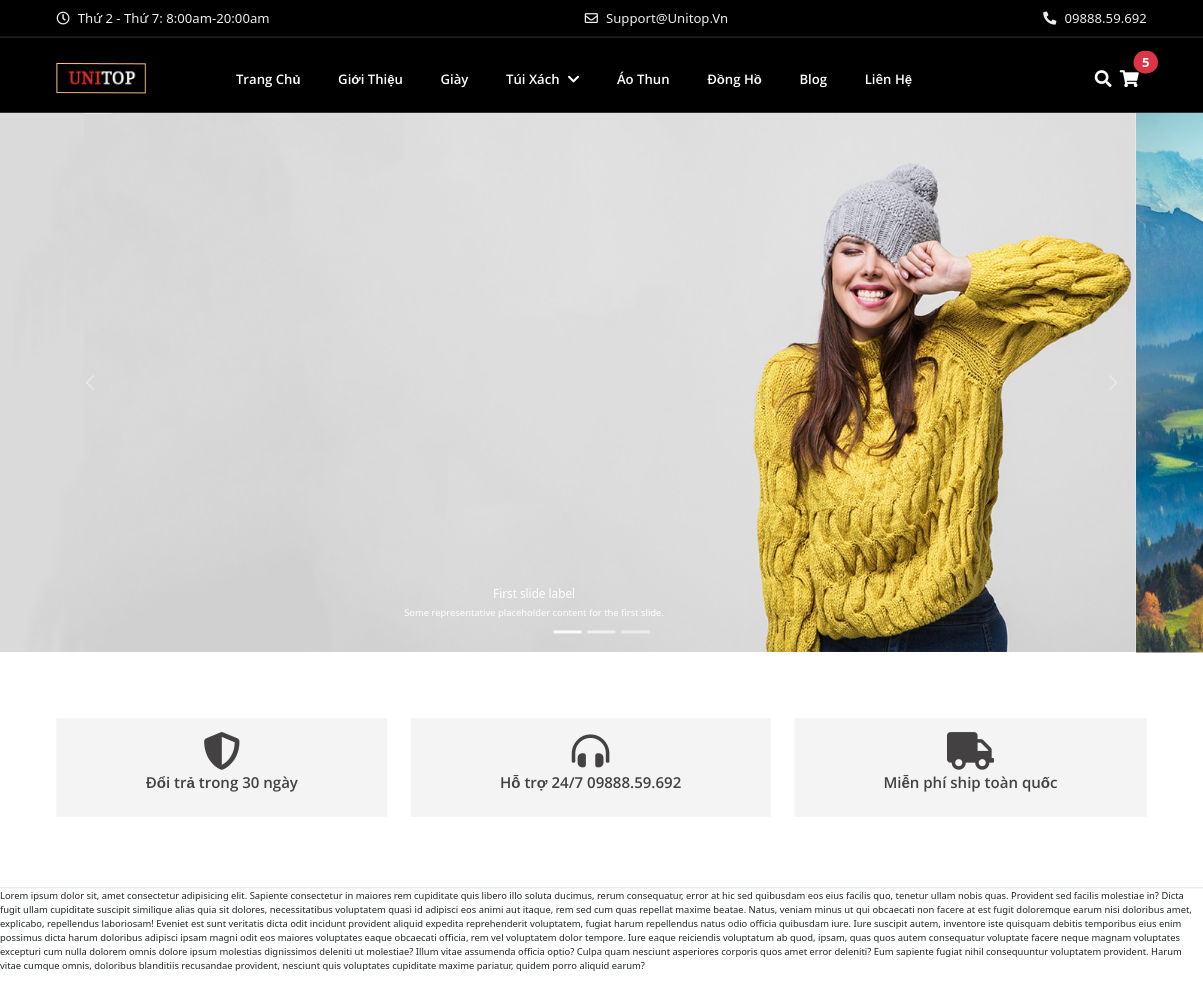
Repository: vinhtk0209/clothes-shop
Page: index.html
An editor plug-in stored every save of this project. The page is shown before and after a run of saves, followed by the edit.
The browser window is 1280 px wide. The pictures show the whole page, at 94% of full size.

Above is the page before, as saved 2021-10-04 17:58:15.

After the next 2 saves:
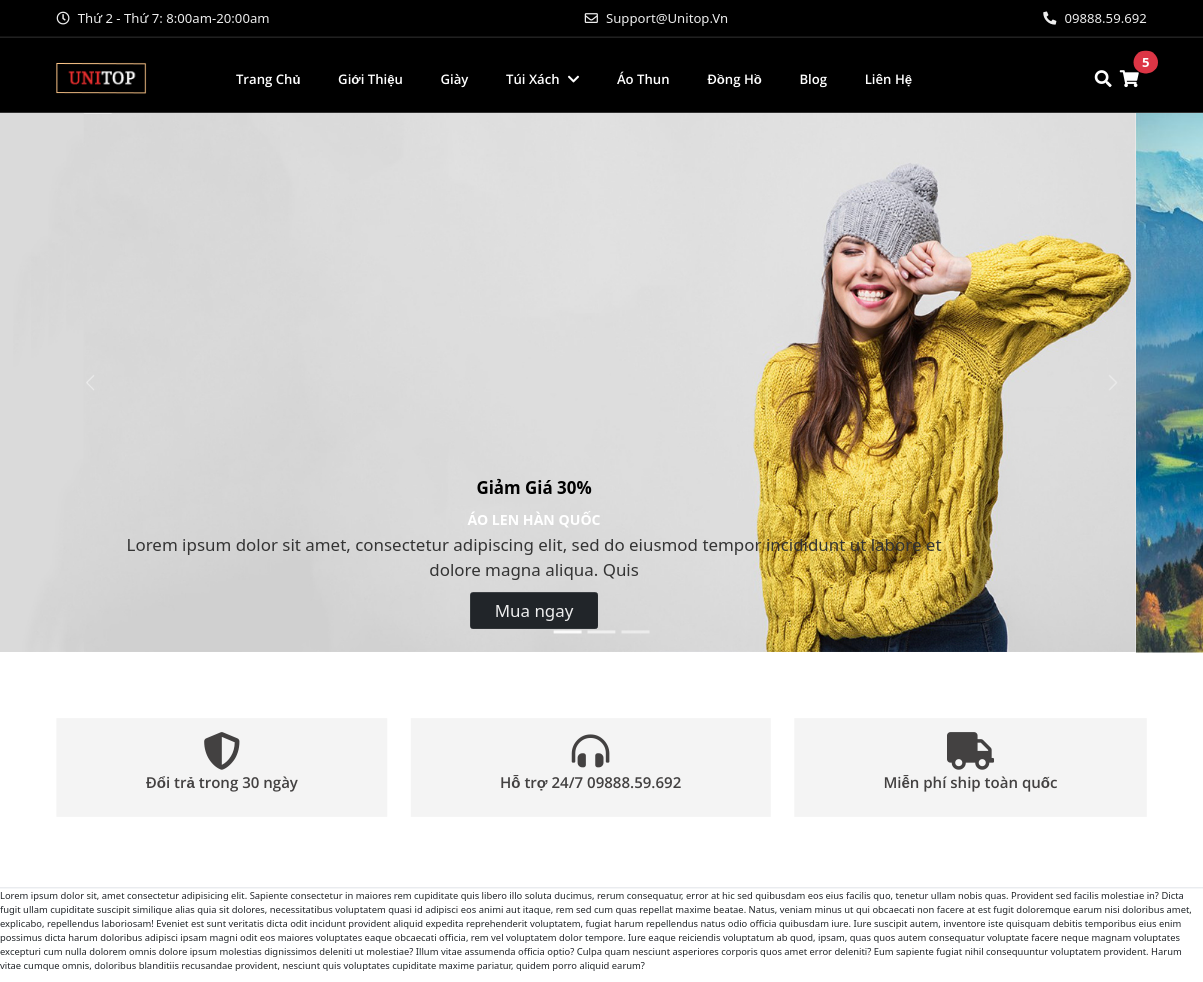
The 2 saves are shown as one change because they came seconds apart.
The last was saved 14 s later.
--- a/index.html
+++ b/index.html
@@ -197,9 +197,15 @@
           <div class="carousel-inner">
             <div class="carousel-item active" class="">
               <img src="assets/images/slide-1.png" class="d-block w-100" alt="...">
-              <div class="carousel-caption d-none d-md-block">
-                <h5>First slide label</h5>
-                <p>Some representative placeholder content for the first slide.</p>
+              <div class="carousel-caption d-none d-md-block ">
+                <p class="discount fs-18 fw-bold color-p-card-discount">Giảm Giá 30%</p>
+                <h4 class="product-name fw-bold">
+                  ÁO LEN HÀN QUỐC
+                </h4>
+                <p class="descr fs-18 color-p-card-descr fw-regular   ">
+                  Lorem ipsum dolor sit amet, consectetur adipiscing elit, sed do eiusmod tempor incididunt ut labore et dolore magna aliqua. Quis
+                </p>
+                <button type="button" class="btn btn-dark btn-buynow fs-18 text-button fw-regular pd-btn">Mua ngay</button>
               </div>
             </div>
             <div class="carousel-item">
